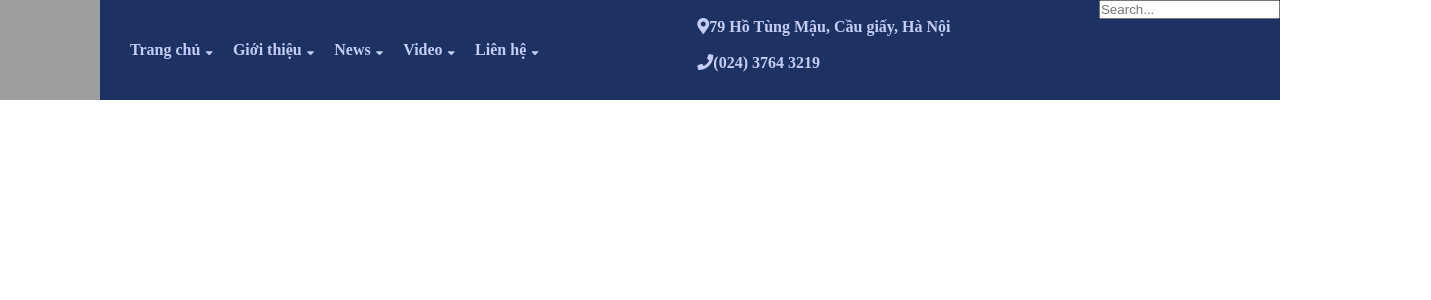
Repository: Luong-tung/newtopics
Page: index2.html
An editor plug-in stored every save of this project. The page is shown before and after the next save, followed by the edit.
The browser window is 1280 px wide. The page is 1280 px wide, then 1431 px, so the pictures cover 1431 px, including what lies to the right of the window. The pictures show the whole page.
Pictures or frames that could not be fetched are drawn as grey boxes. Some web libraries are served in a nearby version.

Above is the page before, as saved 2021-10-07 18:21:11.

### index2.html
<!DOCTYPE html>
<html lang="en">
<head>
    <meta charset="UTF-8">
    <meta http-equiv="X-UA-Compatible" content="IE=edge">
    <meta name="viewport" content="width=device-width, initial-scale=1.0">
    <title>trang web thương mai điện tử</title>
    <link rel="stylesheet" href="iu2.css">
    <link rel="stylesheet" href="https://pro.fontawesome.com/releases/v5.10.0/css/all.css" integrity="sha384-AYmEC3Yw5cVb3ZcuHtOA93w35dYTsvhLPVnYs9eStHfGJvOvKxVfELGroGkvsg+p" crossorigin="anonymous"/>
    <link rel="stylesheet" href="grid.css">

</head>
<body>
    <div class="header">
        <div class="logo">
            <img src="https://scontent.fhan3-5.fna.fbcdn.net/v/t1.15752-9/243148085_229171089102243_5702030057696055665_n.png?_nc_cat=109&ccb=1-5&_nc_sid=ae9488&_nc_ohc=MFQrVL-E3ZUAX81UgOR&_nc_ht=scontent.fhan3-5.fna&oh=bf2530340138a8a1eb55384dd7d37a9e&oe=6184EB79" alt="">


            <ul>
                <li><a href="#"></a>Trang chủ<i class="fas fa-sort-down"></i></li>
                <li><a href="#"></a>Giới thiệu<i class="fas fa-sort-down"></i></li>
                <li><a href="#"></a>News<i class="fas fa-sort-down"></i></li>
                <li><a href="#"></a>Video<i class="fas fa-sort-down"></i></li>
                <li><a href="#"></a>Liên hệ<i class="fas fa-sort-down"></i></li>
            </ul>
        </div>
        <div class="address">
            <p><i class="fas fa-map-marker-alt"></i>79 Hồ Tùng Mậu, Cầu giấy, Hà Nội</p>
            <P><i class="fas fa-phone"></i>(024) 3764 3219</P>
        </div>
        <div class="search">
            <form>
                <input type="text" name="Search" placeholder="Search...">
            </form>
        </div>









    </div>
    <script src="./main2.js"></script>
</body>
</html>

### iu2.css
*{
    padding: 0;
    margin: 0;

}
.header{
    width: 100%;
    height: 100px;
    background:#1E3163;
    display: flex;
    justify-content: space-between;

}
.header .logo img{
    width: 100px;
    height: 100px;

}
.header .logo{
    display: flex;
    cursor: pointer;
}
.header .logo ul{
    color: #c4cdf5;
    margin-left: 20px;
    display: flex;
    align-items: center;
    justify-content: space-between;
}
.header .logo ul li{
    list-style: none;
    cursor: pointer;
    margin: 0px 5px;
    padding:5px;
    font-weight: 600;

}
.header .logo ul li i{
    font-size: 12px;
    margin-left: 5px;
}
.header .logo ul li:hover{
    background:#c4cdf5;
    color:#092086;

}
.header .address p{
    margin-top: 18px;
    color: #c4cdf5;
    font-weight: 600;
    cursor: pointer;
    padding: 0 5px;
}

Loaded but not shown: grid.css (no stored copy; drawn as an empty file); main2.js (no stored copy; drawn as an empty file)

After the next save:
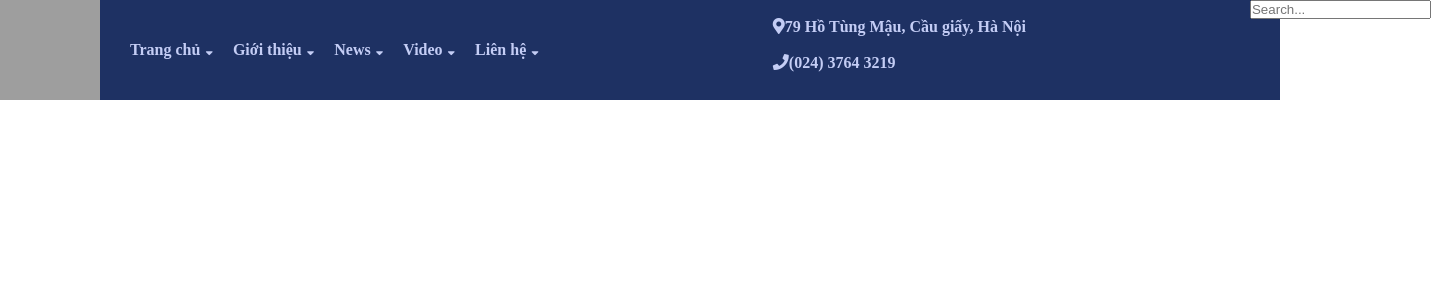
Saved 4 min 31 s later.
--- a/iu2.css
+++ b/iu2.css
@@ -51,3 +51,10 @@
     cursor: pointer;
     padding: 0 5px;
 }
+.header .search{
+    align-items: center;
+}
+.header .search form{
+    width: 30px;
+    height: 90px;
+}
